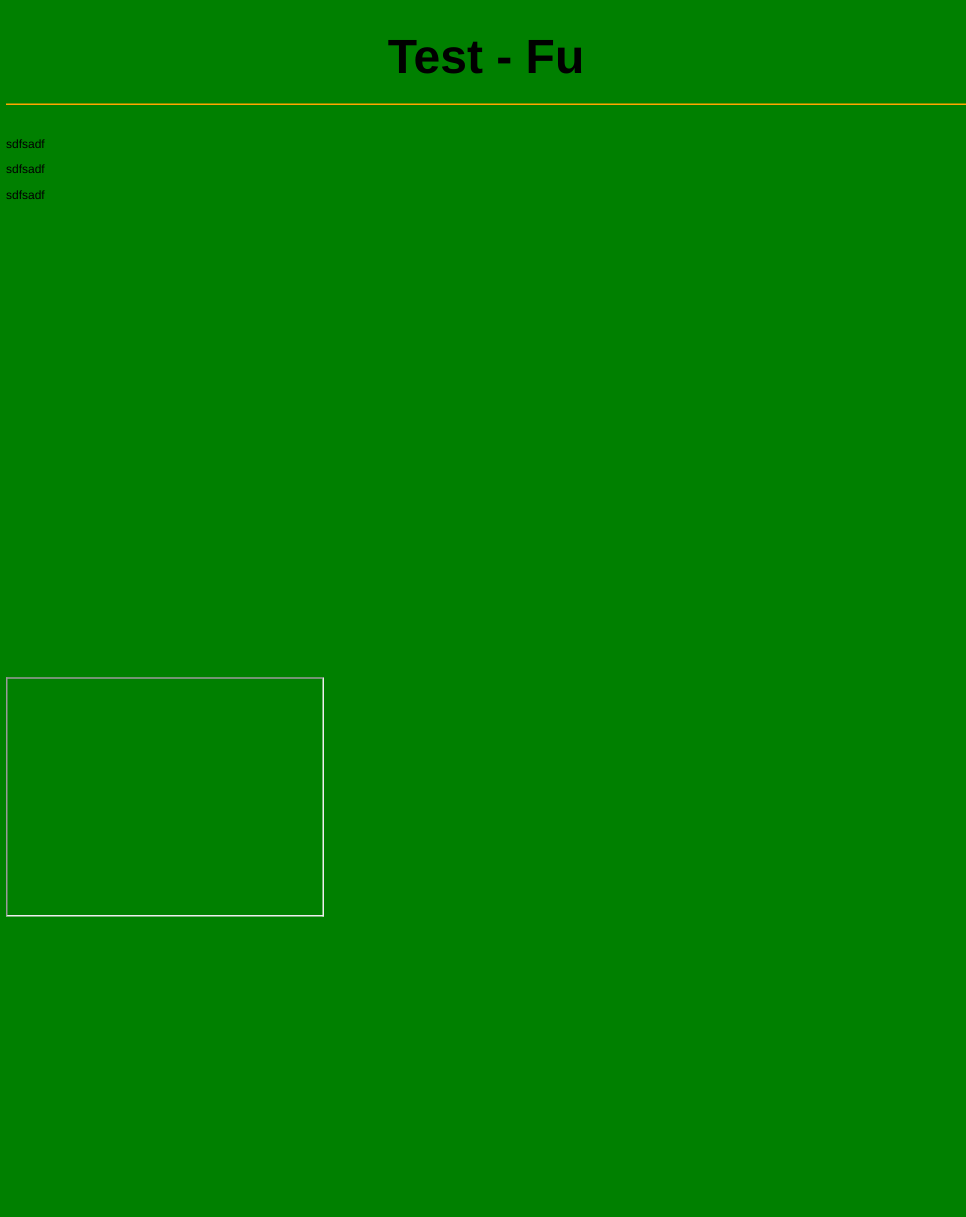
Repository: arikanu/minisite
Page: http://localhost/site/
The author's editor kept a copy of each file at every save. The page is drawn from the files as they stood at one save, then again after the next save.
The browser window is 1280 px wide. The page is 1288 px wide, so the pictures cover 1288 px, including what lies to the right of the window. The pictures show the whole page, at 75% of full size.
Pictures or frames that could not be fetched are drawn as grey boxes. The page is served by Tomcat 9.

Above is the page before, as saved 2014-12-18 07:09:46.

After the next save:
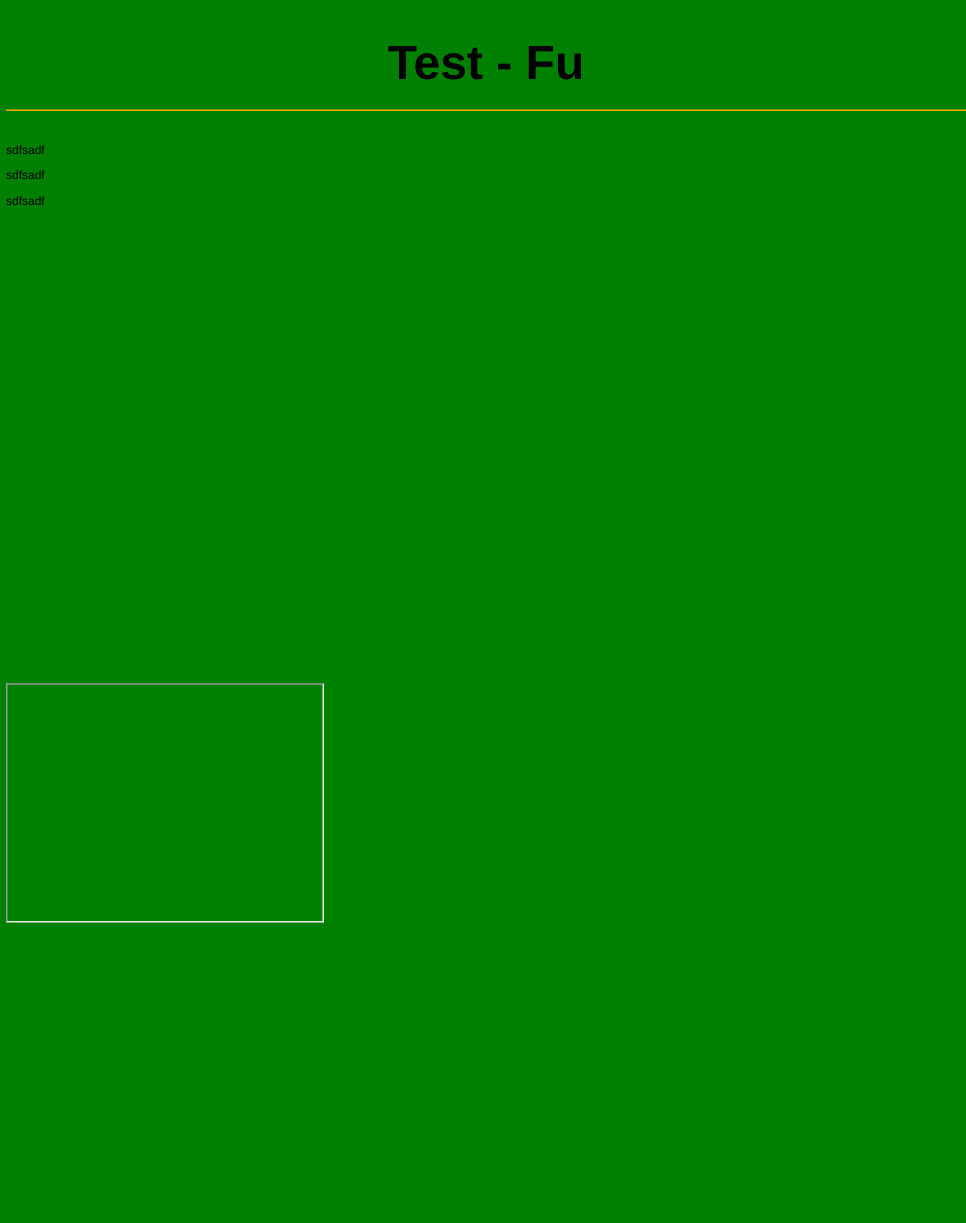
Saved 15 s later.
--- a/site/src/main/webapp/WEB-INF/views/home.jsp
+++ b/site/src/main/webapp/WEB-INF/views/home.jsp
@@ -8,6 +8,7 @@ body {
 	height: 100%;
 	width: 100%;
 	background-color: green;
+	float: left;
 }
 h1 {
 	margin-top: 3%;
